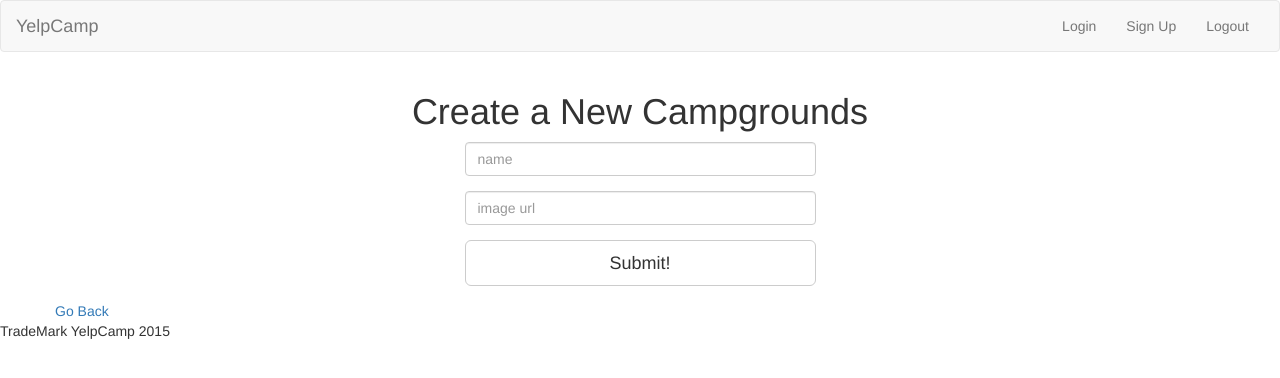
Repository: yyming009/YelpCamp
Page: http://localhost/campgrounds/new
The author's editor kept a record of every edit. The page is drawn from the files as they stood at one moment, then again after the next edit.
The browser window is 1280 px wide. The pictures show the whole page.
The page is served by the project's Node server (YelpCamp/v1/app.js).

Above is the page before.

### YelpCamp/v1/views/news.ejs
<% include partials/header %>

<div class="container">
    <div class="row">
        <h1 style="text-align: center;">Create a New Campgrounds</h1>
        <div style="width: 30%; margin: 0 auto;">
            <form action="/campgrounds" method="POST">
                <div class="form-group">
                    <input class="form-control" type="text" name="name" placeholder="name">
                </div>
                <div class="form-group">
                    <input class="form-control" type="text" name="image" placeholder="image url">
                </div>
                <div class="form-group">
                    <button class="btn btn-lg btn-default btn-block">Submit!</button>
                </div>
            </form>
        </div>
        <a href="/campgrounds">Go Back</a>
    </div>
</div>

<% include partials/footer %>

### YelpCamp/v1/views/partials/header.ejs
<!DOCTYPE html>

<html>
    <head>
        <title>YelpCamp</title>
        <link rel="stylesheet" href="https://maxcdn.bootstrapcdn.com/bootstrap/3.3.7/css/bootstrap.min.css">
    </head>

   <body>

    <nav class="navbar navbar-default">
        <div class="container-fluid">
            <div class="navbar-header">
                <a class="navbar-brand" href="/">YelpCamp</a>
            </div>
            <div class="collapse navbar-collapse">
                <ul class="nav navbar-nav navbar-right">
                    <li><a href="/">Login</a></li>
                    <li><a href="/">Sign Up</a></li>
                    <li><a href="/">Logout</a></li>
                </ul>
            </div>
        </div>
    </nav>

### YelpCamp/v1/views/partials/footer.ejs
    <p>TradeMark YelpCamp 2015</p>
    </body>
</html>

### YelpCamp/v1/app.js
var express = require("express");
var app = express();
var bodyParser = require("body-parser");

app.use(bodyParser.urlencoded({extended:true}));
app.set("view engine", "ejs");

var campgrounds = [
        {name: "Salmon Greek", image: "https://farm2.staticflickr.com/1363/1342367857_2fd12531e7.jpg"},
        {name: "Granite Hill", image: "https://farm3.staticflickr.com/2464/3694344957_14180103ed.jpg"},
        {name: "Mountain Goat's Rest", image: "https://farm8.staticflickr.com/7252/7626464792_3e68c2a6a5.jpg"},
        {name: "Salmon Greek", image: "https://farm2.staticflickr.com/1363/1342367857_2fd12531e7.jpg"},
        {name: "Granite Hill", image: "https://farm3.staticflickr.com/2464/3694344957_14180103ed.jpg"},
        {name: "Mountain Goat's Rest", image: "https://farm8.staticflickr.com/7252/7626464792_3e68c2a6a5.jpg"},
        {name: "Salmon Greek", image: "https://farm2.staticflickr.com/1363/1342367857_2fd12531e7.jpg"},
        {name: "Granite Hill", image: "https://farm3.staticflickr.com/2464/3694344957_14180103ed.jpg"},
        {name: "Mountain Goat's Rest", image: "https://farm8.staticflickr.com/7252/7626464792_3e68c2a6a5.jpg"}
    ];

app.get("/", function(req, res){
    res.render("landing");
});

app.get("/campgrounds", function(req, res){
    res.render("campgrounds", {campgrounds:campgrounds});
});

app.post("/campgrounds", function(req, res){
    var name = req.body.name;
    var image = req.body.image;
    var newCampground = {name:name, image:image};
    campgrounds.push(newCampground);
    res.redirect("/campgrounds");
});

app.get("/campgrounds/new", function(req, res){
    res.render("news.ejs");
});

app.listen(process.env.PORT, process.env.IP, function(){
    console.log("the YelpCamp Server has Started!!");
});

After the next edit:
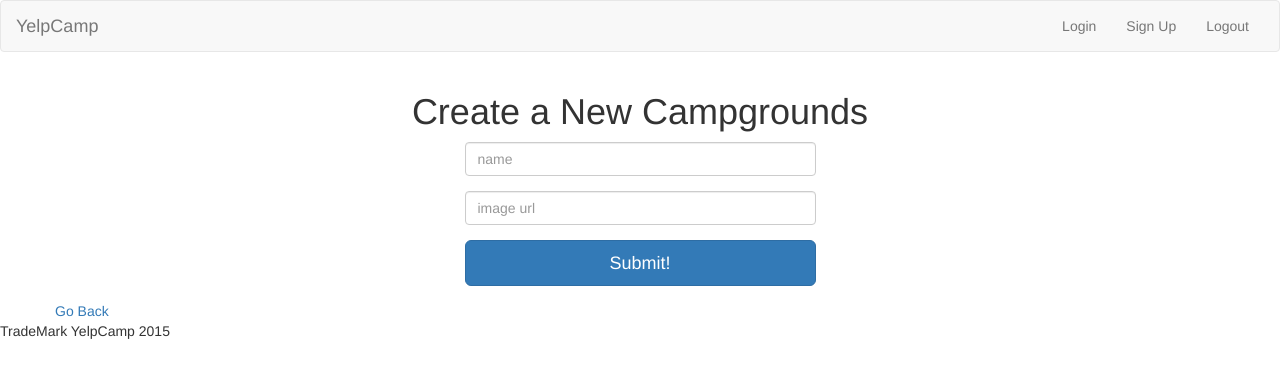
The edit:
--- a/YelpCamp/v1/views/news.ejs
+++ b/YelpCamp/v1/views/news.ejs
@@ -12,7 +12,7 @@
                     <input class="form-control" type="text" name="image" placeholder="image url">
                 </div>
                 <div class="form-group">
-                    <button class="btn btn-lg btn-default btn-block">Submit!</button>
+                    <button class="btn btn-lg btn-primary btn-block">Submit!</button>
                 </div>
             </form>
         </div>
